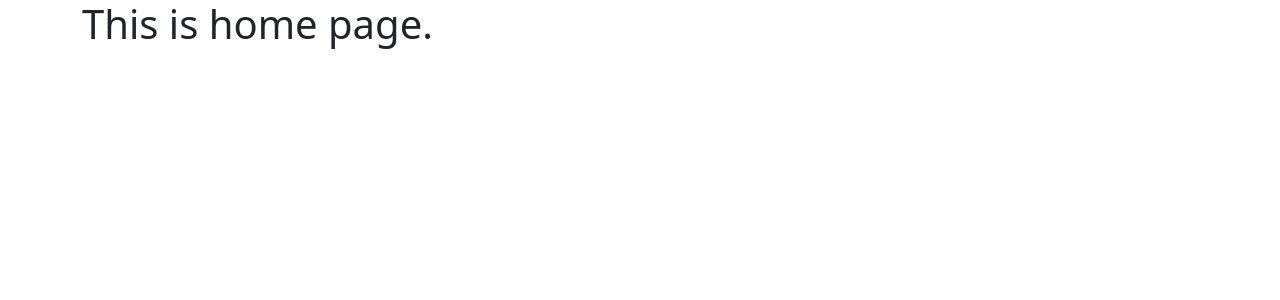
Repository: Hits-95/Spring
Page: http://localhost/SpringMVC_Search/home
These files come from the project's save history. The page is drawn as it stood at one moment and after the next save; the edit follows.
The browser window is 1280 px wide. The pictures show the whole page.
The page is served by Tomcat 9.

Above is the page before, as saved 2021-04-10 06:36:55.

After the next save:
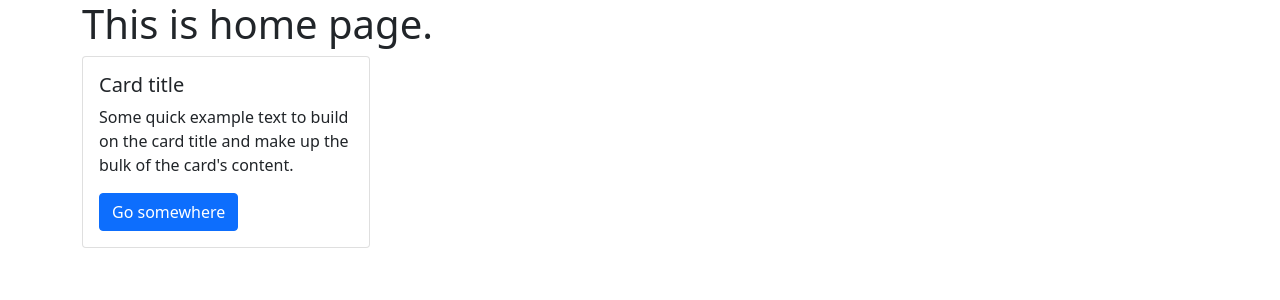
Saved 7 min 5 s later.
--- a/SpringMVC_Search/src/main/webapp/WEB-INF/views/home.jsp
+++ b/SpringMVC_Search/src/main/webapp/WEB-INF/views/home.jsp
@@ -9,7 +9,17 @@
 </head>
 <body>
 	<div class="container">
-		<h1>This is home page. </h1>
+		<h1>This is home page.</h1>
+
+		<div class="card" style="width: 18rem;">
+			<!-- <img src="..." class="card-img-top" alt="..."> -->
+			<div class="card-body">
+				<h5 class="card-title">Card title</h5>
+				<p class="card-text">Some quick example text to build on the
+					card title and make up the bulk of the card's content.</p>
+				<a href="#" class="btn btn-primary">Go somewhere</a>
+			</div>
+		</div>
 	</div>
 
 </body>
